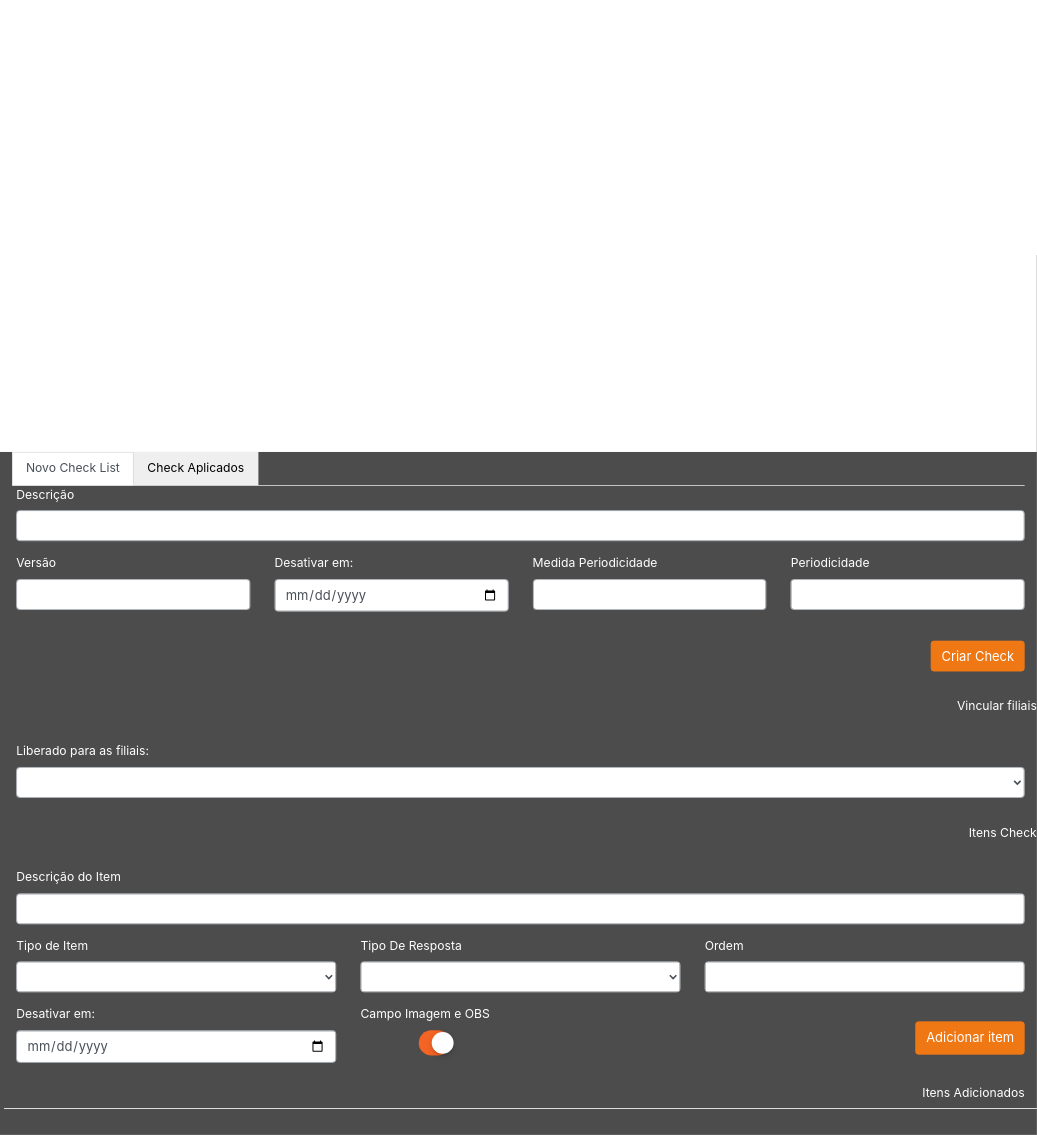
Repository: Conlog-SA/portal_operacional
Page: apps/safety_layout_checklist_app/templates/safety_layout_checklist_app/form_cad_layout_checklist.html
An editor plug-in stored every save of this project. The page is shown before and after the next save, followed by the edit.
The browser window is 1280 px wide. The pictures show the whole page, at 81% of full size.
The template is drawn by Django 3.2. The application's start-up code is not run. Other server files are loaded and not shown. The template is opened directly, without the code that normally fills it, so the values that code supplies are empty.

Above is the page before, as saved 2023-11-17 09:08:28.

### apps/safety_layout_checklist_app/templates/safety_layout_checklist_app/form_cad_layout_checklist.html
{% load static %}

{% block link_static_css %}
    <link rel="stylesheet" href="{% static 'css/cores.css' %}" />
    <link rel="stylesheet" href="{% static 'css/toggle_switch.css' %}" />
    <link rel="stylesheet" href="{% static 'css/loader.css' %}" />
    <link rel="stylesheet" href="{% static 'css/seguranca_safety_app/seguranca_safety.css' %}" />
    <link rel="stylesheet" href="{% static 'libs/bootstrap_4/css/bootstrap.min.css' %}" />

{% endblock %}

<div class="d-flex flex-column h-100 align-items-center justify-content-start text-white w-95" style="margin-right: 0px; width:100%;">
   <div class="mt-3 d-flex align-items-end justify-content-between div_Titulo" style="padding-bottom:15px;">
       <div class="d-flex align-items-center justify-content-center">
            <i class="fa-solid fa-truck-fast" style="font-size:50px; margin-left:0px; margin-right:15px; color:#cf6a15;"></i>
           <h1 class="titlePadraoMenu" style="margin-left:0px;">Safety</h1>
       </div>
       <img class="logo_cabecalho" src="{% static 'icons/logo-branca.png' %}" >
   </div>
    <div class="containerApp w-95">
        <div class="form-group form_div_check w-100" >
            <div class="col-md-12 w-100 h-100">
                <nav>
                    <div class="nav nav-tabs" id="myTab" role="tablist">
                      <button class="nav-link active tabs-nav" id="a_tab_new_check" data-bs-toggle="tab"
                         data-bs-target="#div_tab_new_check"  type="button" role="tab"
                         aria-controls="div_tab_new_check"
                         aria-selected="true" style="border-radius:0px 0px 0 0; font-size:15px">
                         Novo Check List
                         <i class="fa-solid fa-filter" style="color: #f46424;"></i>
                      </button>
                      <button class="nav-link tabs-nav" id="a_tab_check_criados" data-bs-toggle="tab"
                         data-bs-target="#div_check_criados" type="button" role="tab"
                         aria-controls="div_check_criados"
                         aria-selected="false" style="border-radius:0px 0px 0 0; font-size:15px" >
                         Check Aplicados
                        <i class="fa-solid fa-pen-to-square" style="color: #f46424"></i>
                      </button>
                    </div>
                </nav>
                <div class="tab-content" style="border-radius:0 0 10px 10px; font-size:15px">
                    <div class="tab-pane active" id="div_tab_new_check" role="tabpanel" aria-labelledby="a_tab_new_check" style="padding-left:5px;">
                        <form id="form_new_check_list" name="form_nem_check_list">
                          <div class="row">
                             <div class="form-group col-sm-12">
                               <label for="descricao_new_check"> Descrição </label>
                               <input type="text" class="form-control" id="descricao_new_check">
                             </div>
                             <div class="form-group col-sm-3">
                               <label for="versao_new_check">Versão</label>
                               <input type="text" class="form-control" id="versao_new_check">
                             </div>
                             <div class="form-group col-sm-3">
                               <label for="desativar_new_check_date">Desativar em:</label>
                               <input type="date" class="form-control" id="desativar_new_check_date">
                             </div>
                             <div class="form-group col-sm-3">
                               <label for="medida_periodicidade_new_check">Medida Periodicidade</label>
                               <input type="text" class="form-control" id="medida_periodicidade_new_check">
                             </div>
                             <div class="form-group col-sm-3">
                              <label for="periodicidade_new_check">Periodicidade</label>
                              <input type="text" class="form-control" id="periodicidade_new_check">
                            </div>
                             <div class="form-group col-sm-12 w-15 d-flex justify-content-end" style="margin-top:10px; margin-botton:10px">
                                <button type="button" class="btn btn-primary btn-form btn-cadastro" id="btn_new_check"
                                 name="btn_new_check" style="margin-top:10px; margin-botton:10px">
                                 <i class="fa-solid fa-folder-plus"></i>
                                  Criar Check </button>
                             </div>
                             <div class="d-flex justify-content-between align-items-between mt-3 w-100">
                                <i class="fa-solid fa-code-compare" style="color:#ef7814;"></i>Vincular filiais
                             </div>
                             <div class="d-flex justify-content-between align-items-between w-100">
                              <hr class="hr_title">
                             </div>
                             <div class="form-group col-sm-12 d-flex align-items-start" style="margin-bottom:0px;">
                                 <label>Liberado para as filiais:</label>
                              </div>
                             <div class="form-group col-sm-12">
                                <select class="selectpicker form-control"
                                        id="liberado_filiais" name="liberado_filiais" placeholder="Liberado Filiais" required>
                                </select>
                             </div>
                             <div class="d-flex justify-content-between align-items-between mt-3 w-100">
                              <i class="fa-solid fa-bars" style="color:#ef7814;"></i>Itens Check
                             </div>
                             <div class="d-flex justify-content-between align-items-between w-100">
                              <hr class="hr_title">
                             </div>
                              <div class="form-group col-sm-12">
                                   <label for="descricao_item_check"> Descrição do Item</label>
                                   <input type="text" class="form-control" id="descricao_item_check">
                             </div>
                             <div class="form-group col-sm-4">
                                   <label for="select_tipo_item">Tipo de Item</label>
                                   <select class="selectpicker form-control"
                                           id="select_tipo_item" name="select_tipo_item" placeholder="Tipo de Item" required>
                                   </select>
                             </div>
                             <div class="form-group col-sm-4">
                                <label for="select_tipo_resposta">Tipo De Resposta</label>
                                <select class="selectpicker form-control"
                                        id="select_tipo_resposta" name="select_tipo_resposta"
                                        placeholder="Tipo de Resposta" required>
                                </select>
                              </div>
                              <div class="form-group col-sm-4">
                                <label for="input_ordem_check">Ordem</label>
                                <input type="text" class="form-control" id="input_ordem_check">
                              </div>
                              <div class="form-group col-sm-4">
                                <label for="desativar_item_date">Desativar em:</label>
                                <input type="date" class="form-control" id="desativar_item_date">
                              </div>
                              <div class="form-group col-sm-2 check-box">
                                  <div class="label">
                                    <label for="obs_imagem_check_box"> Campo Imagem e OBS</label>
                                  </div>
                                  <div class="container" style="padding-right: 72px; padding-left: 72px;">
                                      <input type="checkbox" checked="checked" class="checkbox" name="obs_imagem_check_box" id="obs_imagem_check_box" style="width:10px; height:10px;">
                                      <label class="switch" for="obs_imagem_check_box">
                                      <span class="slider"></span>
                                        </label>
                                  </div>
                              </div>
                              <div class="form-group  col-md-6 w-15 d-flex justify-content-end" style="margin-top:10px; margin-botton:10px;">
                                <button type="button" class="btn btn-primary btn-form btn-cadastro" id="btn_new_item"
                                name="btn_new_item" style="margin-bottom: 10px;margin-top: 10px;">
                                <i class="fa-solid fa-file-circle-plus"></i>
                                Adicionar item</button>
                             </div>
                             <div class="form-group col-sm-12 d-flex justify-content-end divider">
                              <label>Itens Adicionados</label>
                           </div>
                          </div>
                        </form>
                    </div>
                    <div class="tab-pane" id="div_check_criados" role="tabpanel" aria-labelledby="a_tab_check_criados">
                       <form id="form_check_aplicados" name="form_check_aplicados" method="POST" style="margin-left:10px; margin-right:10px;">
                          <div class="row">
                              <div class="col md-5">
                                  <label for="filial_check_aplicado">Filial</label>
                                  <select class="selectpicker form-control" id="filial_check_aplicado" name="filial_check_aplicado">
                                  </select>
                              </div>
                          </div>
                       </form>
                    </div>
                </div>
            </div>
        </div>
    </div>
</div>


<script src="https://code.jquery.com/jquery-3.6.0.min.js"></script>
<script src="{% static 'libs/bootstrap_4/js/bootstrap.min.js' %}"></script>

### static/css/cores.css
:root{
    --cor_bg_login: rgba(24, 27, 30, 0.90);
    --cor_cinza_escuro: #515457;
    --cor_cinza_claro: #9fa3a7;
    --cor_cinza_claro2: #d0d0d0;
    --cor_branco: #e6e4e4;
    --cor_bg_solido: #181b1e;
    --cor_bg_solido_claro:#343537;
    --cor_bg_cinza_escuro: rgba(33,37,41,0.9) !important;
    --cor_bg_cinza_escuro_cabecalho: rgba(33,37,41,0.7) !important;
    --cor_bg_modais_body: #DCDCDC;

    --cor_empresa: #f46424;
    --cor_empresa_hover: #df5b23;
    --cor_empresa_active: #b24110;

    --bs-accordion-btn-focus-box-shadow_custom: 0 0 0 0.25rem rgba(244, 100, 36, 0.25);

    --bs-accordion-btn-active-icon_custom:url('');

    --cor_card_chamado_hover: #ccccce;
    --cor_card_chamado_active: #999999;
    --cor_chamado_emergencial: #b30f04;
    --cor_branco: #fff;
    /* --cor_branco_escuro: #969393; */
    --cor_card_a_atender: #e3f8f5;
    --cor_card_atendendo: #e1ffe4;;
    --cor_card_em_espera: #fdf9c6;
}

### static/css/toggle_switch.css
/* Remove this container when use*/
.component-title {
    width: 100%;
    position: absolute;
    z-index: 999;
    top: 30px;
    left: 0;
    padding: 0;
    margin: 0;
    font-size: 1rem;
    font-weight: 700;
    color: #888;
    text-align: center;
  }

  /* The switch - the box around the slider */
  .container {
    width: 77px;
    height: 31px;
    position: relative;
  }

  /* Hide default HTML checkbox */
  .checkbox {
    opacity: 0;
    width: 0;
    height: 0;
    position: absolute;
  }

  .switch {
    width: 100%;
    height: 100%;
    display: block;
    background-color: #e9e9eb;
    border-radius: 16px;
    cursor: pointer;
    transition: all 0.2s ease-out;
  }

  /* The slider */
  .slider {
    width: 27px;
    height: 27px;
    position: absolute;
    left: calc(50% - 27px/2 - 10px);
    top: calc(50% - 27px/2);
    border-radius: 50%;
    background: #FFFFFF;
    box-shadow: 0px 3px 8px rgba(0, 0, 0, 0.15), 0px 3px 1px rgba(0, 0, 0, 0.06);
    transition: all 0.2s ease-out;
    cursor: pointer;
  }

  .checkbox:checked + .switch {
    background-color: #f46424;
  }

  .checkbox:checked + .switch .slider {
    left: calc(50% - 27px/2 + 10px);
    top: calc(50% - 27px/2);
  }

  .cursor-pointer{
    cursor: pointer;
  }

### static/css/loader.css
.loader {
  /* display: flex; */
  margin-left: 1.5rem;
  align-items: center;
  /* width: 50px;
  height: 50px; */
  position: relative;
  display: none;
}

.loader:before {
  align-items: center;
  display: flex;
  content: "";
    position: absolute;
    top: -10px;
    left: -10px;
    right: -10px;
    bottom: -10px;
    border-radius: 50%;
    /* width: 50px;
    height: 50px; */
  }

  .loader-inner {
    display: flex;
    justify-content: center;
    align-items: center;
    position: relative;
  }

  .loader-block {
    display: inline-block;
    width: 10px;
    height: 10px;
    margin: 2px;
    background-color: #f46424;
    box-shadow: 0 0 20px #f46424;
    animation: loader_562 1.2s cubic-bezier(0.5, 0, 0.5, 1) infinite;
  }

  .loader-block:nth-child(1) {
    animation-delay: 0.1s;
  }

  .loader-block:nth-child(2) {
    animation-delay: 0.2s;
  }

  .loader-block:nth-child(3) {
    animation-delay: 0.3s;
  }

  .loader-block:nth-child(4) {
    animation-delay: 0.4s;
  }

  .loader-block:nth-child(5) {
    animation-delay: 0.5s;
  }

  .loader-block:nth-child(6) {
    animation-delay: 0.6s;
  }

  .loader-block:nth-child(7) {
    animation-delay: 0.7s;
  }

  .loader-block:nth-child(8) {
    animation-delay: 0.8s;
  }

  @keyframes loader_562 {
    0% {
      transform: scale(1);
      box-shadow: 0 0 20px rgba(255, 255, 255, 0.5);
    }

    20% {
      transform: scale(1, 2.5);
      box-shadow: 0 0 50px rgba(255, 255, 255, 0.7);
    }

    40% {
      transform: scale(1);
      box-shadow: 0 0 20px rgba(255, 255, 255, 0.5);
    }
  }

### static/css/seguranca_safety_app/seguranca_safety.css
.containerApp {
    background: rgba(0, 0, 0, 0.7); /* Cor preta com 50% de opacidade */
    color: white; /* Cor do texto, por exemplo, branco */
}

label[for="liberado_filiais"] {
    text-align: left !important; /* Tente usar !important para forçar a aplicação do estilo */
}

.divider {
    border-bottom: 1px solid #ffffff; /* Adicione a cor e largura desejadas para a linha */
    margin-top: 10px;
  }

.btn-cadastro{
    background-color: #ef7814 !important;
    border-color: #ef7814 !important;

}

Loaded but not shown: static/libs/bootstrap_4/css/bootstrap.min.css (library); static/libs/bootstrap_4/js/bootstrap.min.js (library)

After the next save:
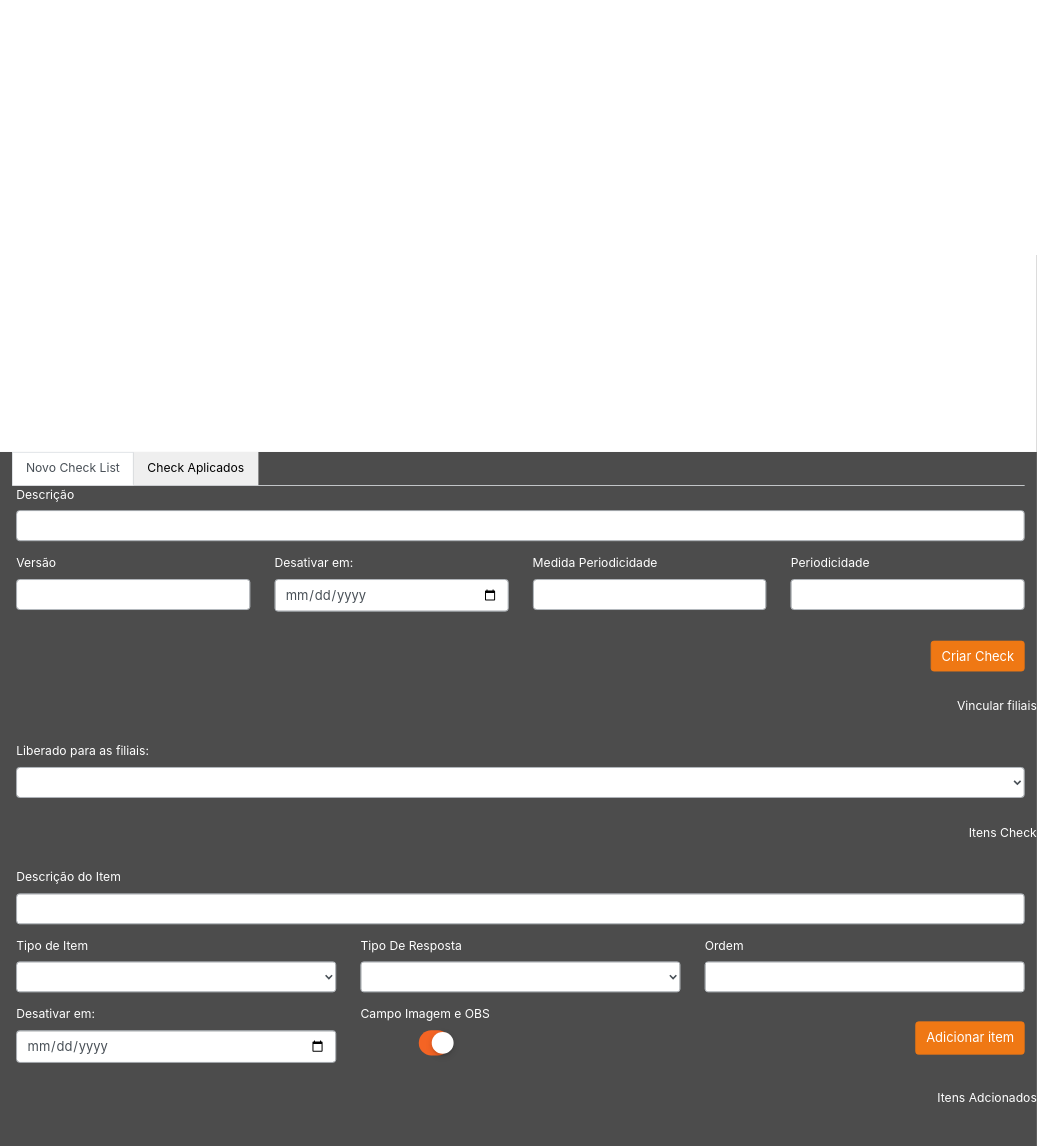
Saved 4 min 29 s later.
--- a/apps/safety_layout_checklist_app/templates/safety_layout_checklist_app/form_cad_layout_checklist.html
+++ b/apps/safety_layout_checklist_app/templates/safety_layout_checklist_app/form_cad_layout_checklist.html
@@ -130,9 +130,12 @@
                                 <i class="fa-solid fa-file-circle-plus"></i>
                                 Adicionar item</button>
                              </div>
-                             <div class="form-group col-sm-12 d-flex justify-content-end divider">
-                              <label>Itens Adicionados</label>
-                           </div>
+                             <div class="d-flex justify-content-between align-items-between mt-3 w-100">
+                              <i class="fa-solid fa-file-circle-plus" style="color:#ef7814;"></i>Itens Adcionados
+                             </div>
+                             <div class="d-flex justify-content-between align-items-between w-100">
+                              <hr class="hr_title">
+                             </div>
                           </div>
                         </form>
                     </div>
